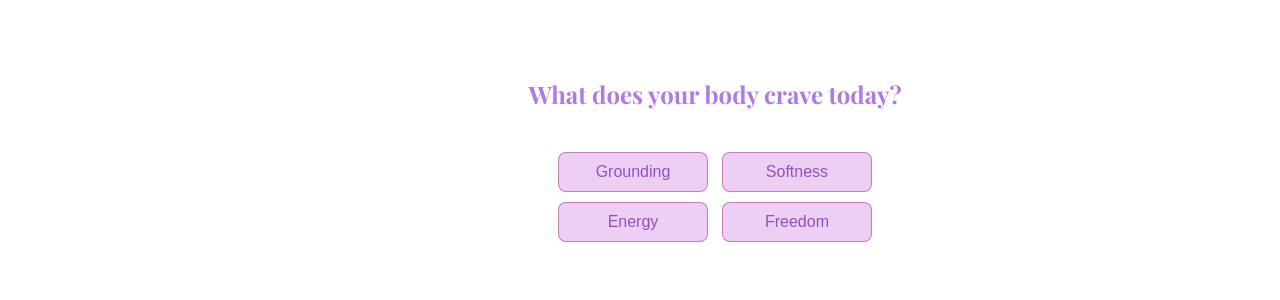
Repository: karim0829/Bella-Oter-Project
Page: index.html
The author's editor kept a copy of each file at every save. The page is drawn from the files as they stood at one save, then again after the next save.
The browser window is 1280 px wide. The pictures show the whole page.
Some web fonts or font styles are not loaded; a fallback is used.

Above is the page before, as saved 2025-06-30 20:59:42.
Console error: TypeError: Cannot read properties of null (reading 'addEventListener')

### index.html
  <!--
   Name: Karim Mohamed
   Project: Bella Oter
   Date: 6.30.25
   Start Time: 7PM EST

  -->

<!DOCTYPE html>
<html lang="en">
<head>
    <meta charset="UTF-8">
    <meta name="viewport" content="width=device-width, initial-scale=1.0">
    <title>Bella Oter</title>
    <!--Google font-->
    <link rel="preconnect" href="https://fonts.googleapis.com">
    <link rel="preconnect" href="https://fonts.gstatic.com" crossorigin>
    <link href="https://fonts.googleapis.com/css2?family=Leckerli+One&family=Playfair+Display:ital,wght@0,400..900;1,400..900&display=swap" rel="stylesheet">
    <link rel="stylesheet" href = "style.css">
    <script src = 'script.js'></script>
</head>
<body>
    <div class = 'flex'>
    <br>
    <br>


    <header>
        <!--Header with buttons-->
    <form>
         <br>
         <br>
        <label><h1>What does your body crave today?</h1></label><br>
        <button type = 'submit' id = 'grounding' name='grounding'>Grounding</button>
        <button type = 'submit' id = 'softness' name='softness'>Softness</button><br>
        <button type = 'submit' id = 'energy' name='energy'>Energy</button>
        <button type = 'submit' id = 'freedom' name='freedom'>Freedom</button>
    </form>
    <br>
    </header>
    <!--Content-->
<section>
    <br>
    <div class="wrap">
    <h1>The Rooted One</h1>
    <button type = 'button'>TENCEL Soft</button><br><br>

    <h2>Embrace Bodysuit</h2>
    <p><em>Offers stability and comfort</em></p>

    </div>

       <div class="wrap">
    <h1>The Unbound</h1>
    <button type = 'button'>Cooling Mesh</button><br><br>
    <button class="block" type = 'submit'></button>
    <h2>Brushed Cotton Veil</h2>
    <p><em>Drapes you in weightless softness for calm, quiet days.</em></p>

    </div>

       <div class="wrap">
    <h1>The Sparked</h1>
    <button type = 'button'>Active Mesh Blend</button><br><br>

    <button class="block" type = 'submit'></button>
    <h2>Ignite Leggings</h2>
    <p><em>Designed to move with power, precision, and pulse.</em></p>

    </div>

       <div class="wrap">
    <h1>The Aligned Mind</h1>
    <button type = 'button'>Cooling Mesh</button><br><br>

    <button class="block" type = 'submit'></button>
    <h2>Focus Bralette</h2>
    <p><em>Crafted to support clarity, presence, and breath.</em></p>

    </div>
</section>
</div>
</body>
</html>

### style.css
body {
    text-align: center;
    font-family:"playfair display";
    padding:0;
    margin:0;
}

form h1 {
    font-size:24px;
    text-align: center;
    color:rgba(125, 37, 207, 0.613);

}

 form button {
    width: 150px;
    height: 40px;
    cursor: pointer;
    border: 1px solid rgba(128, 0, 128, 0.401);;
    border-radius: 8px;
    background-color: #edcff3;
    font-size: 16px;
    margin-top:10px;
    margin:5px;
    transition: all 0.3s ease;
    color:rgba(85, 4, 160, 0.613);
}

 button:hover {
    background-color:rgb(219, 55, 219);

}

#start-over  {
    width: 150px;
    height: 40px;
    cursor: pointer;
    border: 1px solid rgba(128, 0, 128, 0.401);;
    border-radius: 8px;
    background-color: transparent;
    font-size: 16px;
    margin-top:10px;
    margin:5px;
    transition: all 0.3s ease;
    color:rgba(85, 4, 160, 0.613);
}

#start-over:hover {
        background-color:rgb(219, 55, 219);

}



.block {
    width:150px;
    height:120px;
    border:none;

}

.flex {
  display: flex;
  flex-direction: column;
  padding: 20px;
  justify-content: center;
  align-items: center;
}

@media (min-width: 768px) {
  .flex {
    flex-direction: row;
    gap:150px;
    align-items: flex-start;
  }

  header, section {
    width: 50%;
    text-align: center;
  }
}
 img {
    border-radius:10px;
 }

.wrap {
    color:rgb(165, 80, 174);
    border: 1px solid purple;
    width:250px;
    background-color: rgb(233, 223, 243);
    text-align: center;
}

### script.js
document.addEventListener('DOMContentLoaded', function () {
  var question = document.querySelector('header form');   // the question + four option buttons
  var section  = document.querySelector('section');       // holds the four product cards
  var cards    = section.querySelectorAll('.wrap');       // each individual card

  section.style.display = 'none';                         // hide cards at first

  function showCard(i) {
    question.style.display = 'none';                      // hide only the question area
    section.style.display  = 'block';                     // reveal the card zone
    for (var j = 0; j < cards.length; j++) {
      cards[j].style.display = (j === i) ? 'block' : 'none';
    }
  }

  var ids = ['grounding', 'softness', 'energy', 'freedom'];
  for (var i = 0; i < ids.length; i++) {
    (function (idx) {
      document.getElementById(ids[idx]).addEventListener('click', function (e) {
        e.preventDefault();
        showCard(idx);                                    // show the matching card
      });
    })(i);
  }

  document.getElementById('start-over').addEventListener('click', function (e) {
    e.preventDefault();
    section.style.display  = 'none';                      // hide cards
    question.style.display = 'block';                     // show question again
  });
});

After the next save:
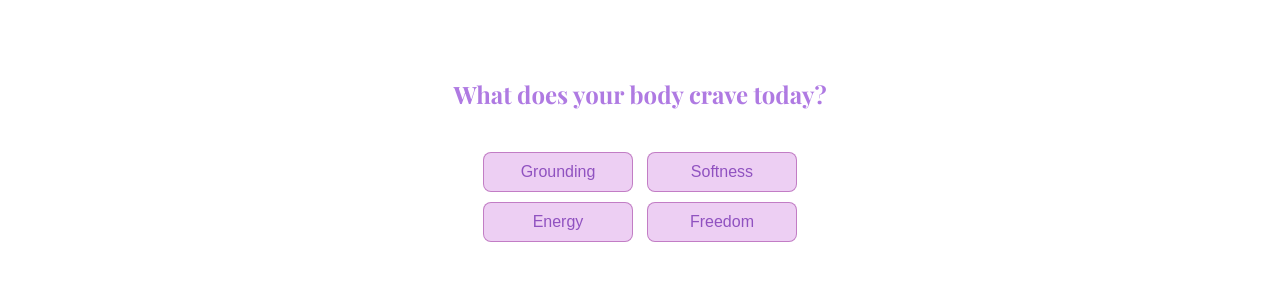
Saved 25 s later.
--- a/style.css
+++ b/style.css
@@ -70,7 +70,6 @@ form h1 {
 @media (min-width: 768px) {
   .flex {
     flex-direction: row;
-    gap:150px;
     align-items: flex-start;
   }
 
